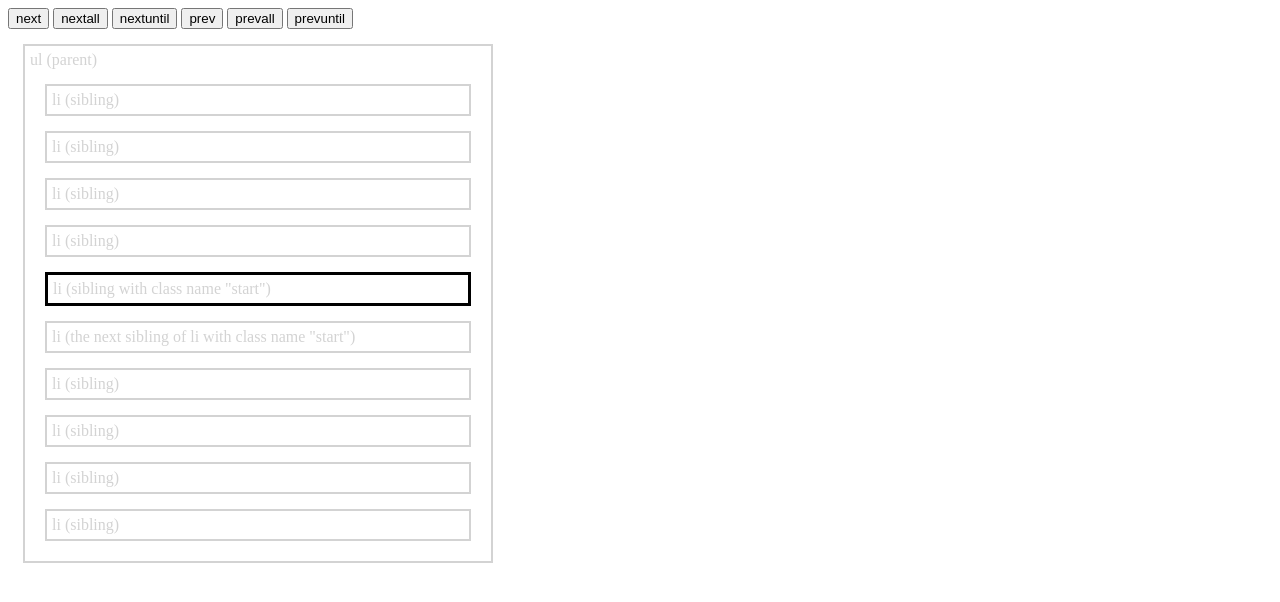
Repository: JJaeHwan/HTML
Page: jquerypro/WebContent/0113/찾기메소드.html
An editor plug-in stored every save of this project. The page is shown before and after the next save, followed by the edit.
The browser window is 1280 px wide. The pictures show the whole page.

Above is the page before, as saved 2023-01-13 07:01:52.

After the next save:
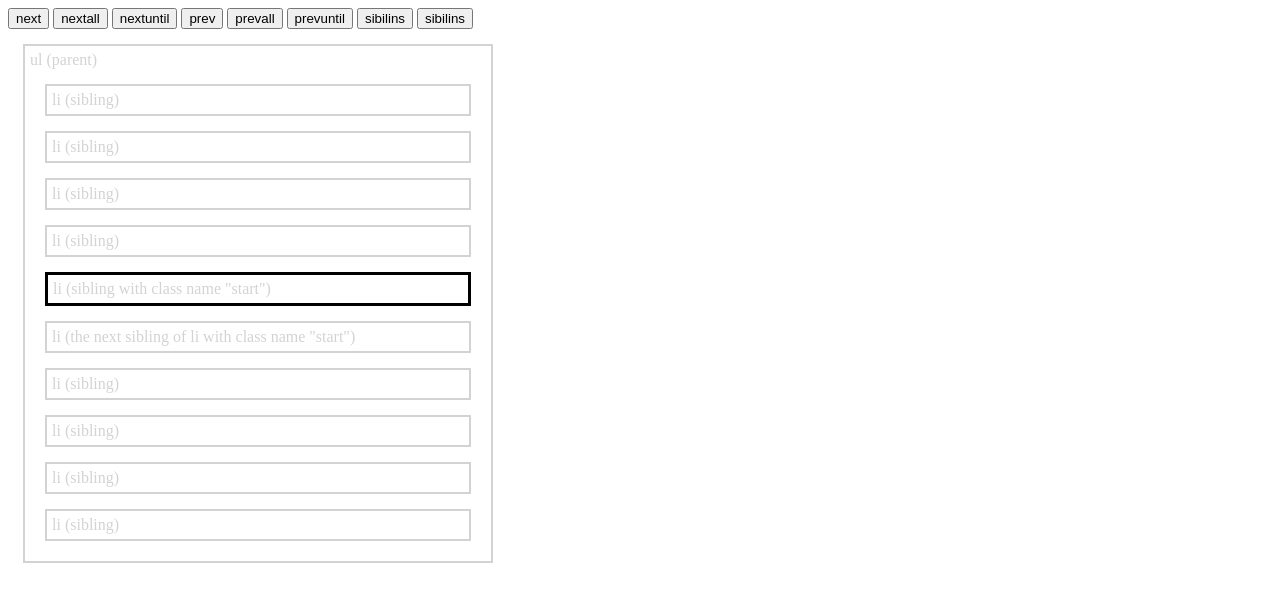
Saved 3 min 26 s later.
--- a/jquerypro/WebContent/0113/찾기메소드.html
+++ b/jquerypro/WebContent/0113/찾기메소드.html
@@ -77,17 +77,20 @@ $(document).ready(function(){
 <input type="button" value="prevall" id="prevall">
 <input type="button" value="prevuntil" id="prevun">
 
+<input type="button" value="sibilins" id="sibilings">
+<input type="button" value="sibilins" id="sibilings">
+
 <div style="width:500px;" class="siblings">
   <ul>ul (parent)
     <li>li (sibling)</li>
+    <li class="cl">li (sibling)</li>
+    <li class="cl">li (sibling)</li>
+    <li>li (sibling)</li>
+    <li class="start">li (sibling with class name "start")</li> 		<!--↑이전 기준 줄 ↓다음 -->
+    <li class="cl">li (the next sibling of li with class name "start")</li>
     <li>li (sibling)</li>
     <li>li (sibling)</li>
-    <li>li (sibling)</li>
-    <li class="start">li (sibling with class name "start")</li> 		<!--↑이전 기준 줄 ↓다음 -->
-    <li>li (the next sibling of li with class name "start")</li>
-    <li>li (sibling)</li>
-    <li>li (sibling)</li>
-    <li>li (sibling)</li>
+    <li class="cl">li (sibling)</li>
     <li>li (sibling)</li>
   </ul>
 </div>
